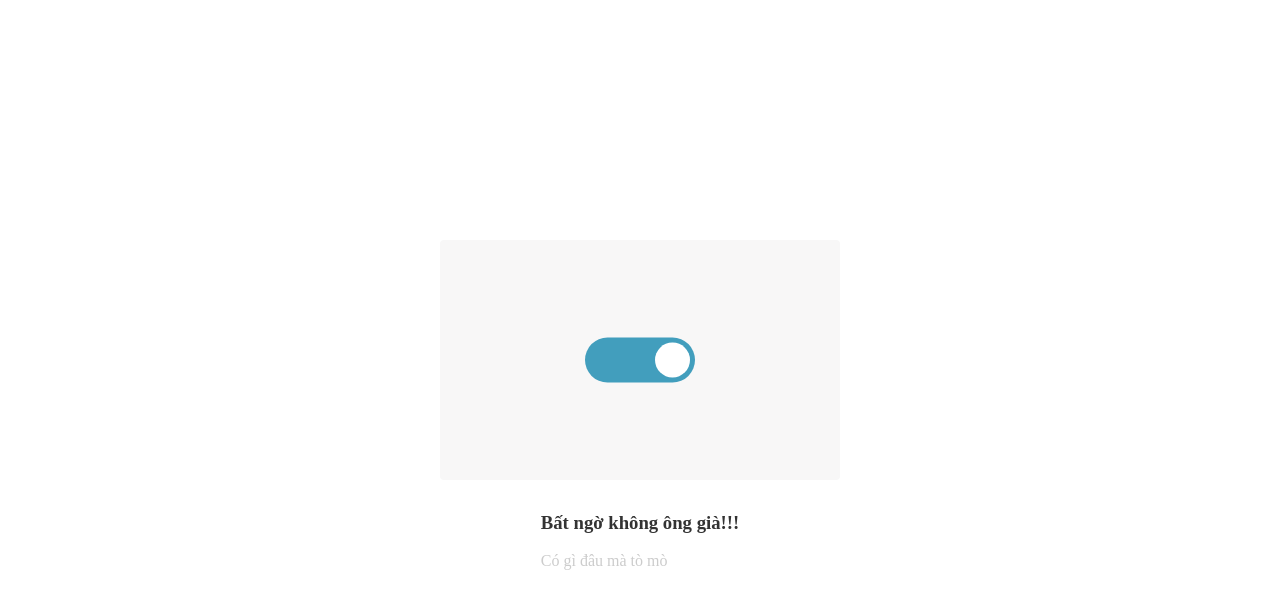
Repository: haokiet2501/troll-my-react
Page: /, after clicking the first element matching `div.toggle-center`
The author's editor kept a copy of each file at every save. The page is drawn from the files as they stood at one save, then again after a run of saves.
The browser window is 1280 px wide. The pictures show the whole page.
The project was rebuilt for these pictures with package versions that can differ from the ones it lists, and the page was loaded fresh each time.

Above is the page before, as saved 2022-07-30 23:10:38.

### src/index.css
.toggle-center {
  position: absolute;
  top: 50%;
  left: 50%;
  transform: translate(-50%, -50%);
  width: 25rem;
  height: 15rem;
  border-radius: 0.25rem;
  background-color: #f8f7f7;
}

.toggle-center:hover {
  box-shadow: 0 4px 8px rgba(0, 0, 0, 0.25);
}

.toggle {
  position: absolute;
  top: 50%;
  left: 50%;
  transform: translate(-50%, -50%);
}

.todo-center {
  position: absolute;
  top: 75%;
  left: 50%;
  transform: translate(-50%, -50%);
}

.toggle-control {
  position: absolute;
  top: 75%;
  left: 50%;
  transform: translate(-50%, -50%);
  display: flex;
  text-transform: uppercase;
}

.toggle {
  width: 100px;
  height: 35px;
  background-color: #ccc;
  padding: 5px;
  border-radius: 100rem;
  cursor: pointer;
}

.toggle.active {
  background-color: #429EBD;
}

.spinner {
  position: absolute;
  width: 35px;
  height: 35px;
  left: 0;
  margin-left: 5px;
  border-radius: 50%;
  background-color: #fff;
  transition: 0.3s linear;
}

.spinner.active {
  transform: translateX(65px);
  transition: 0.3s linear;
}

.toggle-on {
  margin-right: 0.5rem;
}



h3 {
  color: #333;
}

p {
  color: #ccc;
}

### src/App.js
import Toggle from "./components/Toggle";

function App() {
  return (
    <>
      <Toggle />
    </>
  );
}

export default App;

### src/components/Toggle.jsx
import { useState } from "react"
import Todo from "./Todo";

const Toggle = () => {
    const [on, setOn] = useState(false);

    const handleClick = () => {
        setOn((on) => !on);
    }

    return (
        <>
            {on && <Todo />}
            <div className="toggle-center" onClick={handleClick}>
                <div className={`toggle ${on ? 'active' : ''}`}>
                    <div className={`spinner ${on ? 'active' : ''}`}></div>
                </div>
            </div>
        </>
    )
}

export default Toggle

### src/components/Todo.jsx
import React from 'react'

const Todo = () => {
    return (
        <div className="todo">
            <div className='todo-center'>
                <h3>Bất ngờ không ông già!!!</h3>
                <p>Có gì đâu mà tò mò</p>
            </div>
        </div>
    )
}

export default Todo

Loaded but not shown: public/index.html (common file); src/index.js (common file); src/reportWebVitals.js (common file)

After the next 2 saves:
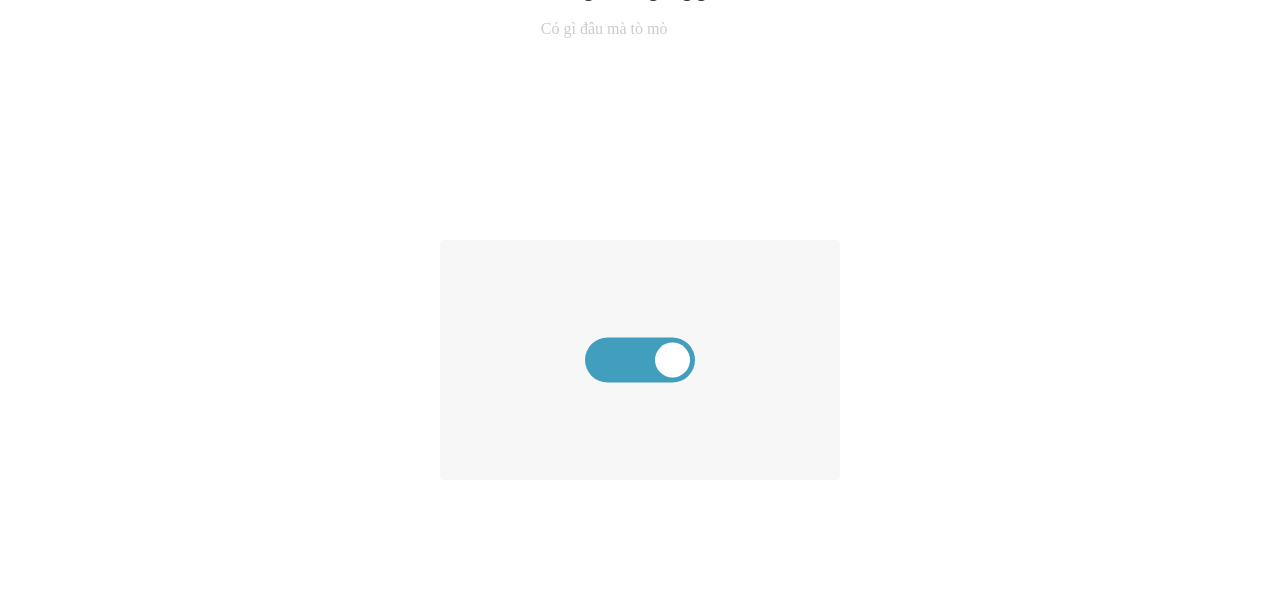
The 2 saves are shown as one change because they came seconds apart.
The last was saved 8 s later.
--- a/src/index.css
+++ b/src/index.css
@@ -69,7 +69,9 @@
   margin-right: 0.5rem;
 }
 
-
+.todo {
+  position: relative;
+}
 
 h3 {
   color: #333;
